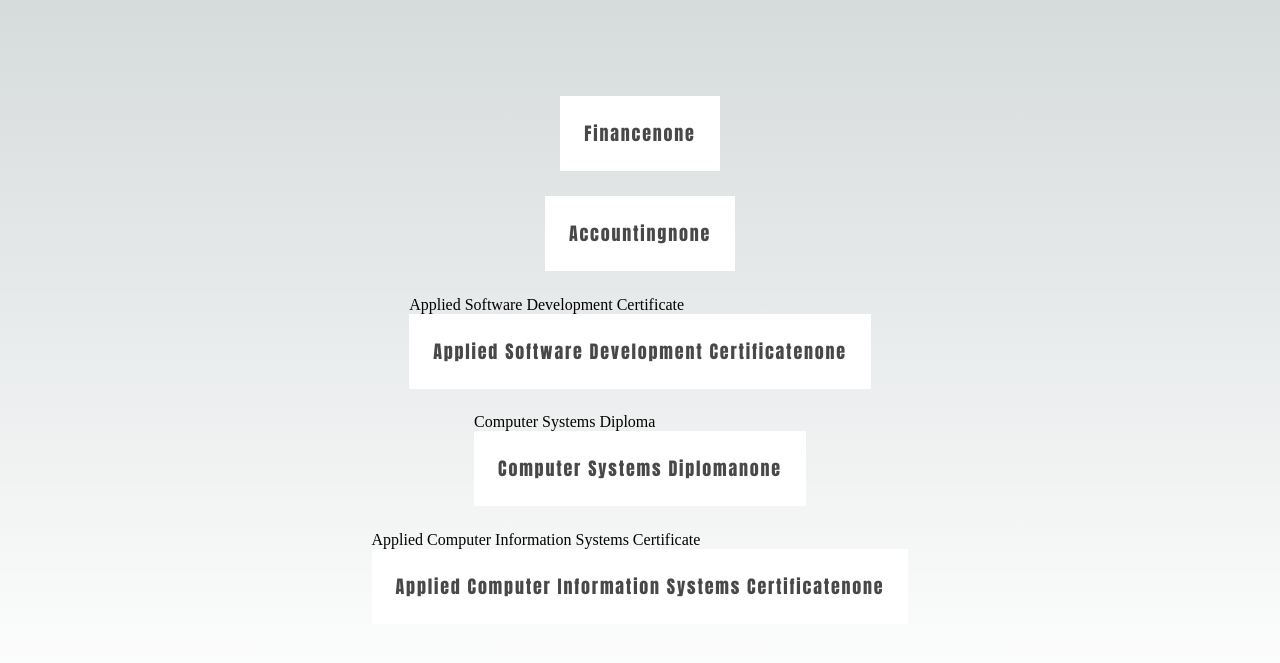
Repository: giovanabirck/class03-vercel-test
Page: /
The author's editor kept a copy of each file at every save. The page is drawn from the files as they stood at one save, then again after the next save.
The browser window is 1280 px wide. The pictures show the whole page.
The project was rebuilt for these pictures with package versions that can differ from the ones it lists, and the page was loaded fresh each time. The framework's server and built-in components were replaced by stand-ins that run in the browser. Also part of the build but not shown: next.config.js.

Above is the page before, as saved 2023-01-24 21:19:05.

After the next save:
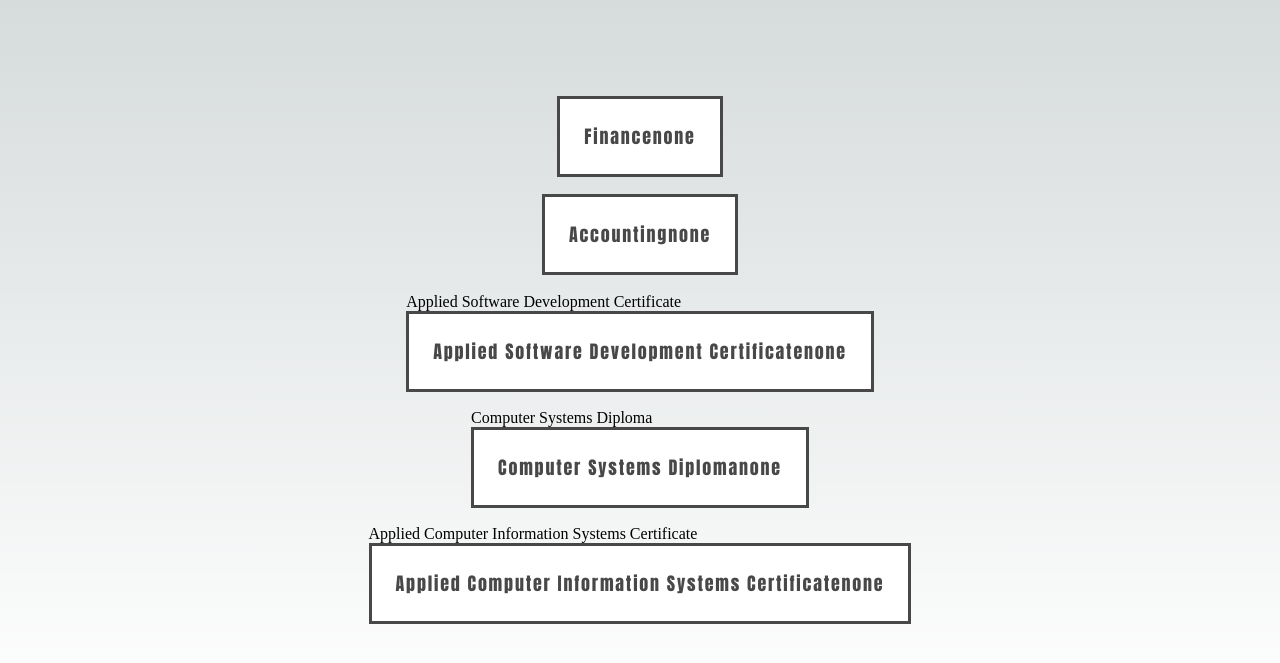
Saved 65 s later.
--- a/components/Card/index.js
+++ b/components/Card/index.js
@@ -14,6 +14,8 @@
             fontSize: "18px",
             letterSpacing: "0.1em",
             display: "flex",
+            border: "solid",
+
         }}>
             {degree}
             {department}

After the 2 saves that followed:
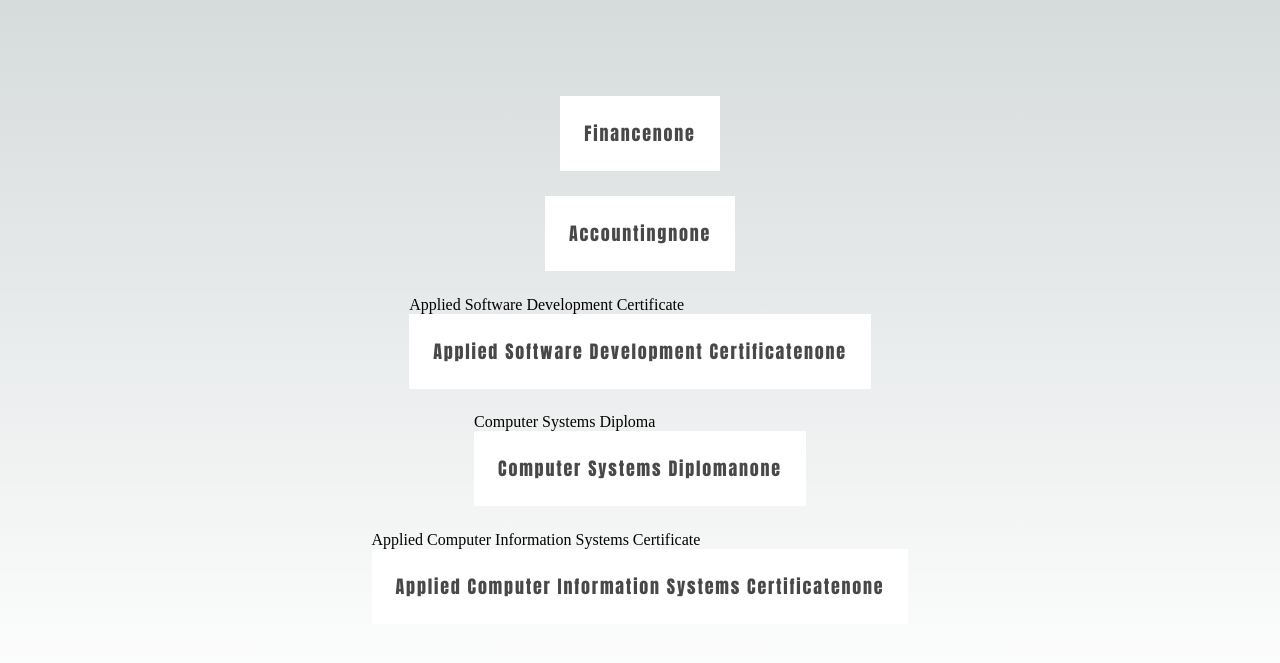
The 2 saves are shown as one change because they came seconds apart.
The last was saved 8 s later.
--- a/components/Card/index.js
+++ b/components/Card/index.js
@@ -14,7 +14,7 @@
             fontSize: "18px",
             letterSpacing: "0.1em",
             display: "flex",
-            border: "solid",
+
 
         }}>
             {degree}
